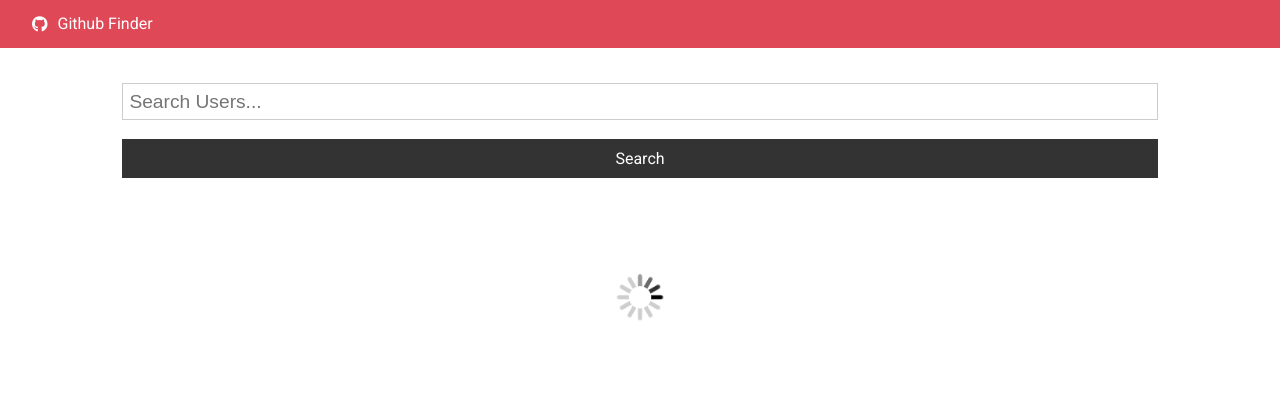
Repository: priyavmehta/Github-Finder
Page: /about
An editor plug-in stored every save of this project. The page is shown before and after the next save, followed by the edit.
The browser window is 1280 px wide. The pictures show the whole page.
The page's requests for data from a server got no answer. Some web libraries are served in a nearby version. The project was rebuilt for these pictures with package versions that can differ from the ones it lists, and the page was loaded fresh each time. No one was signed in, and anything a server would have sent is missing. Also part of the build but not shown: src/components/users/UserProfile.js.

Above is the page before, as saved 2020-07-04 19:37:36.

### public/index.html
<!DOCTYPE html>
<html lang="en">
  <head>
    <meta charset="utf-8" />
    <link rel="icon" href="%PUBLIC_URL%/favicon.ico" />
    <meta name="viewport" content="width=device-width, initial-scale=1" />
    <meta name="theme-color" content="#000000" />
    <meta
      name="description"
      content="Web site created using create-react-app"
    />
    <link rel="apple-touch-icon" href="%PUBLIC_URL%/logo192.png" />
    <!--
      manifest.json provides metadata used when your web app is installed on a
      user's mobile device or desktop. See https://developers.google.com/web/fundamentals/web-app-manifest/
    -->
    <link rel="manifest" href="%PUBLIC_URL%/manifest.json" />
    <script src="https://kit.fontawesome.com/c3f9cf1e2c.js" crossorigin="anonymous"></script>

    <title>Github Finder</title>
  </head>
  <body>
    <noscript>You need to enable JavaScript to run this app.</noscript>
    <div id="root"></div>

  </body>
</html>

### src/App.js
import React,{ Component } from 'react';
import './App.css';
import Navbar from './components/layout/Navbar';
import Users from './components/users/Users';
import axios from 'axios'
import Search from './components/users/Search';


class App extends Component {

  state = {
    users : [],
    loading : false
  }

  async componentDidMount () {
    console.log(process.env.REACT_APP_GITHUB_CLIENT_ID)

    this.setState({
      loading : true
    })

    const res = await axios.get(`https://api.github.com/users?client_id=${process.env.REACT_APP_GITHUB_CLIENT_ID}&client_secret=${process.env.REACT_APP_GITHUB_CLIENT_SECRET}`);


    this.setState({
      users : res.data,
      loading : false
    })
  }

  searchUsers = async (text) => {
    this.setState({
      loading : true
    })

    const res = await axios.get(`https://api.github.com/search/users?q=${text}&client_id=${process.env.REACT_APP_GITHUB_CLIENT_ID}&client_secret=${process.env.REACT_APP_GITHUB_CLIENT_SECRET}`);

    this.setState({
      users : res.data.items,
      loading : false
    })
    console.log(text)
  }

  render() {
    return (
      <div className="App">
        <Navbar />

        <div className="container">
          <Search searchUsers = {this.searchUsers} />
          <Users loading = {this.state.loading} users = {this.state.users} />
        </div>
      </div>
    );
  }
}

export default App;

### src/App.css
@import url("https://fonts.googleapis.com/css?family=Roboto");

/* Global Styles */
:root {
  --primary-color: #dc3545;
  --dark-color: #333333;
  --light-color: #f4f4f4;
  --danger-color: #dc3545;
  --success-color: #28a745;
}

* {
  box-sizing: border-box;
  margin: 0;
  padding: 0;
}

body {
  font-family: "Roboto", sans-serif;
  font-size: 1rem;
  line-height: 1.6;
  background-color: #fff;
  color: #333;
}

a {
  color: var(--primary-color);
  text-decoration: none;
}

a:hover {
  color: #666;
}

ul {
  list-style: none;
}

img {
  width: 100%;
}

/* Utilities */
.container {
  max-width: 1100px;
  margin: auto;
  overflow: hidden;
  padding: 0 2rem;
}

/* Text Styles*/
.x-large {
  font-size: 4rem;
  line-height: 1.2;
  margin-bottom: 1rem;
}

.large {
  font-size: 3rem;
  line-height: 1.2;
  margin-bottom: 1rem;
}

.lead {
  font-size: 1.5rem;
  margin-bottom: 1rem;
}

.text-center {
  text-align: center;
}

.text-primary {
  color: var(--primary-color);
}

.text-dark {
  color: var(--dark-color);
}

.text-success {
  color: var(--success-color);
}

.text-danger {
  color: var(--danger-color);
}

.text-center {
  text-align: center;
}

.text-right {
  text-align: right;
}

.text-left {
  text-align: left;
}

/* Center All */
.all-center {
  display: flex;
  flex-direction: column;
  width: 100%;
  margin: auto;
  justify-content: center;
  align-items: center;
  text-align: center;
}

/* Cards */
.card {
  padding: 1rem;
  border: #ccc 1px dotted;
  margin: 0.7rem 0;
}

/* List */
.list {
  margin: 0.5rem 0;
}

.list li {
  padding-bottom: 0.3rem;
}

/* Padding */
.p {
  padding: 0.5rem;
}
.p-1 {
  padding: 1rem;
}
.p-2 {
  padding: 2rem;
}
.p-3 {
  padding: 3rem;
}
.py {
  padding: 0.5rem 0;
}
.py-1 {
  padding: 1rem 0;
}
.py-2 {
  padding: 2rem 0;
}
.py-3 {
  padding: 3rem 0;
}

/* Margin */
.m {
  margin: 0.5rem;
}
.m-1 {
  margin: 1rem;
}
.m-2 {
  margin: 2rem;
}
.m-3 {
  margin: 3rem;
}
.my {
  margin: 0.5rem 0;
}
.my-1 {
  margin: 1rem 0;
}
.my-2 {
  margin: 2rem 0;
}
.my-3 {
  margin: 3rem 0;
}

/* Grid */
.grid-2 {
  display: grid;
  grid-template-columns: repeat(2, 1fr);
  grid-gap: 1rem;
}

.grid-3 {
  display: grid;
  grid-template-columns: repeat(3, 1fr);
  grid-gap: 1rem;
}

.grid-4 {
  display: grid;
  grid-template-columns: repeat(4, 1fr);
  grid-gap: 1rem;
}

.btn {
  display: inline-block;
  background: var(--light-color);
  color: #333;
  padding: 0.4rem 1.3rem;
  font-size: 1rem;
  border: none;
  cursor: pointer;
  margin-right: 0.5rem;
  transition: opacity 0.2s ease-in;
  outline: none;
}

.btn-link {
  background: none;
  padding: 0;
  margin: 0;
}

.btn-block {
  display: block;
  width: 100%;
}

.btn-sm {
  font-size: 0.8rem;
  padding: 0.3rem 1rem;
  margin-right: 0.2rem;
}

.badge {
  display: inline-block;
  font-size: 0.8rem;
  padding: 0.2rem 0.7rem;
  text-align: center;
  margin: 0.3rem;
  background: var(--light-color);
  color: #333;
  border-radius: 5px;
}

.alert {
  padding: 0.7rem;
  margin: 1rem 0;
  opacity: 0.9;
  background: var(--light-color);
  color: #333;
}

.btn-primary,
.bg-primary,
.badge-primary,
.alert-primary {
  background: var(--primary-color);
  color: #fff;
}

.btn-light,
.bg-light,
.badge-light,
.alert-light {
  background: var(--light-color);
  color: #333;
}

.btn-dark,
.bg-dark,
.badge-dark,
.alert-dark {
  background: var(--dark-color);
  color: #fff;
}

.btn-danger,
.bg-danger,
.badge-danger,
.alert-danger {
  background: var(--danger-color);
  color: #fff;
}

.btn-success,
.bg-success,
.badge-success,
.alert-success {
  background: var(--success-color);
  color: #fff;
}

.btn-white,
.bg-white,
.badge-white,
.alert-white {
  background: #fff;
  color: #333;
  border: #ccc solid 1px;
}

.btn:hover {
  opacity: 0.8;
}

.bg-light,
.badge-light {
  border: #ccc solid 1px;
}

.round-img {
  border-radius: 50%;
}

/* Forms */
input {
  margin: 1.2rem 0;
}

.form-text {
  display: block;
  margin-top: 0.3rem;
  color: #888;
}

input[type="text"],
input[type="email"],
input[type="password"],
input[type="date"],
select,
textarea {
  display: block;
  width: 100%;
  padding: 0.4rem;
  font-size: 1.2rem;
  border: 1px solid #ccc;
}

input[type="submit"],
button {
  font: inherit;
}

table th,
table td {
  padding: 1rem;
  text-align: left;
}

table th {
  background: var(--light-color);
}

/* Navbar */
.navbar {
  display: flex;
  justify-content: left;
  align-items: center;
  padding: 0.7rem 2rem;
  z-index: 1;
  width: 100%;
  opacity: 0.9;
  margin-bottom: 1rem;
}

.navbar ul {
  display: flex;
}

.navbar a {
  color: #fff;
  padding: 0.45rem;
  margin: 0 0.25rem;
}

.navbar a:hover {
  color: var(--light-color);
}

.navbar .welcome span {
  margin-right: 0.6rem;
}

/* Mobile Styles */
@media (max-width: 700px) {
  .hide-sm {
    display: none;
  }

  .grid-2,
  .grid-3,
  .grid-4 {
    grid-template-columns: 1fr;
  }

  /* Text Styles */
  .x-large {
    font-size: 3rem;
  }

  .large {
    font-size: 2rem;
  }

  .lead {
    font-size: 1rem;
  }

  /* Navbar */
  .navbar {
    display: block;
    text-align: center;
  }

  .navbar ul {
    text-align: center;
    justify-content: center;
  }
}

### src/components/layout/Navbar.js
import React from 'react'
import PropTypes from 'prop-types'

const Navbar = ({icon, title}) => {

    return (
        <nav className = "navbar bg-primary">
            <i className ={icon} style = {{marginRight : 10 + 'px'}}/>
            {title}
        </nav>
    )
}

Navbar.defaultProps = {
    title : "Github Finder",
    icon : "fab fa-github"
};

Navbar.propTypes = {
    title : PropTypes.string.isRequired,
    icon : PropTypes.string.isRequired
};

export default Navbar

### src/components/users/Users.js
import React from 'react';
import UserProfile from './UserProfile';
import Spinner from '../layout/Spinner';
import PropTypes from 'prop-types'

const Users = ({ users, loading }) => {

    if (loading) {
        return <Spinner />
    } else {
        return (
            <div style = {userStyle}>
                {users.map(user => (
                    <UserProfile key = {user.id} user = {user} />
                ))}
            </div>
        );
    }
}

Users.propTypes = {
    users : PropTypes.array.isRequired,
    loading : PropTypes.bool.isRequired,
}

const userStyle = {
    display: 'grid',
    gridTemplateColumns: 'repeat(3, 1fr)',
    gridGap: '1rem'
}

export default Users

### src/components/users/Search.js
import React, { Component } from 'react'
import PropTypes from 'prop-types'

class Search extends Component {

    state = {
        text : ''
    }

    onSubmit = (event) => {
        event.preventDefault()
        this.props.searchUsers(this.state.text)
        this.setState({ text : '' })
    }

    changeValue = (event) => {
        this.setState ({
            text : event.target.value
        })
    }

    static propTypes = {
        searchUsers : PropTypes.func.isRequired,
    }

    render() {
        return (
            <div>
                <form className = "form" onSubmit = {this.onSubmit}>
                    <input
                     type = "text"
                     name = "text"
                     placeholder = "Search Users..."
                     value = {this.state.text}
                     onChange = {this.changeValue}/>
                    <input
                     type = "submit"
                     value = "Search"
                     className = "btn btn-dark btn-block" />
                </form>
            </div>
        )
    }
}

export default Search

### src/components/layout/Spinner.js
import React, { Fragment } from "react";
import spinner from "./spinner.gif";

const Spinner = () => (
  <Fragment>
    <img
      src={spinner}
      alt='Loading...'
      style={{ width: "200px", margin: "auto", display: "block" }}
    ></img>
  </Fragment>
);

export default Spinner;

Loaded but not shown: src/index.js (common file)

After the next save:
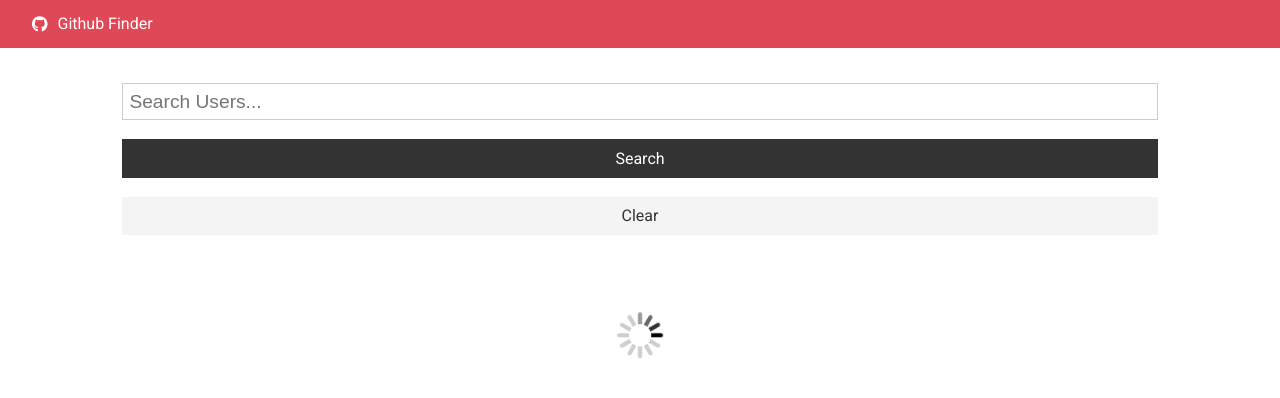
Saved 41 min 40 s later.
--- a/src/components/users/Search.js
+++ b/src/components/users/Search.js
@@ -21,6 +21,7 @@
 
     static propTypes = {
         searchUsers : PropTypes.func.isRequired,
+        clearUsers : PropTypes.func.isRequired,
     }
 
     render() {
@@ -38,6 +39,7 @@
                      value = "Search"
                      className = "btn btn-dark btn-block" />
                 </form>
+                <button className = "btn btn-block btn-light" onClick = {this.props.clearUsers}>Clear</button>
             </div>
         )
     }
